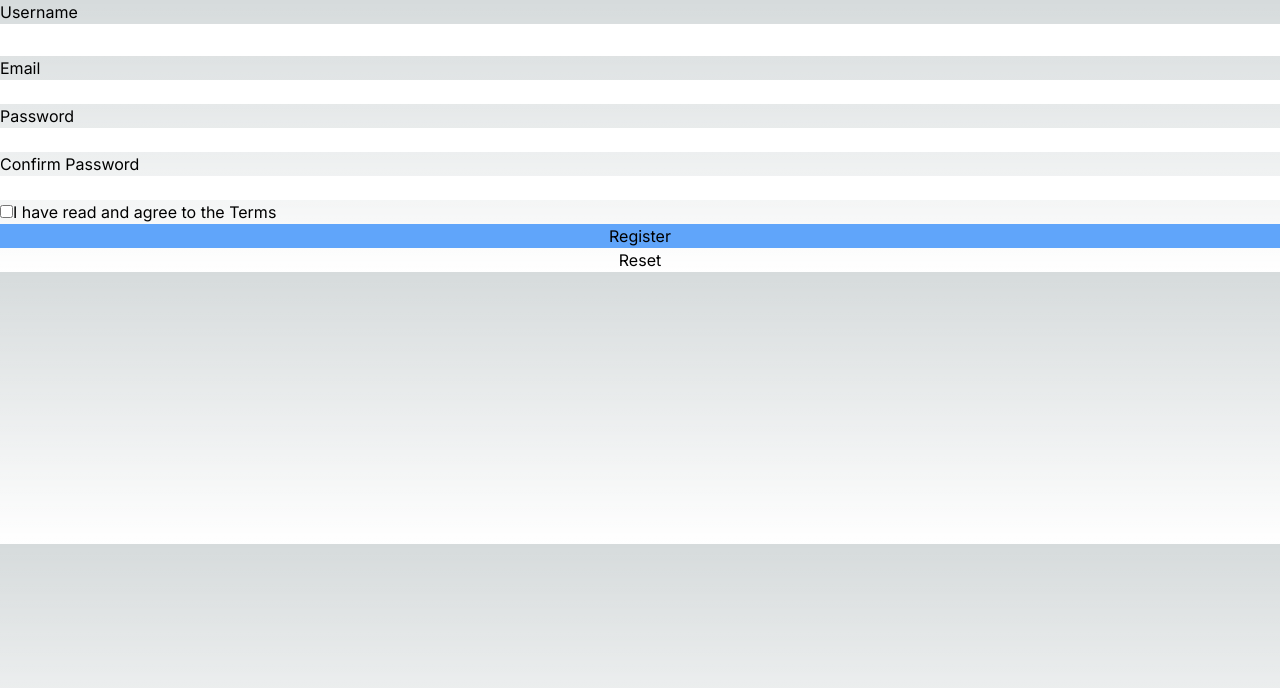
Repository: uh-sman/tiktok-card
Page: /
The author's editor kept a copy of each file at every save. The page is drawn from the files as they stood at one save, then again after the next save.
The browser window is 1280 px wide. The pictures show the whole page.
The project was rebuilt for these pictures with package versions that can differ from the ones it lists, and the page was loaded fresh each time. The framework's server and built-in components were replaced by stand-ins that run in the browser. Also part of the build but not shown: next.config.js.

Above is the page before, as saved 2023-12-19 13:46:10.

After the next save:
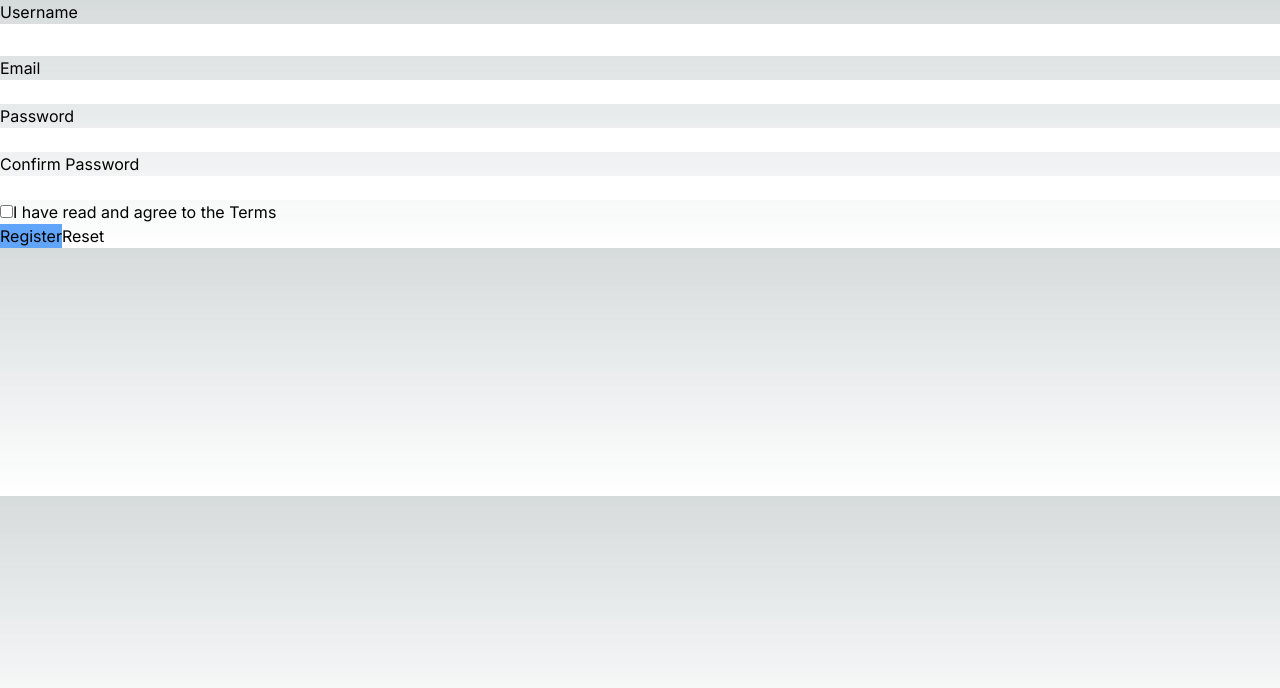
Saved 11 s later.
--- a/app/components/AuthForm.tsx
+++ b/app/components/AuthForm.tsx
@@ -82,7 +82,7 @@ const AuthForm: React.FC = () => {
                 </div>
           </div>
 
-          <div className="flex flex-col">
+          <div className="flex">
             <button type="submit" className="bg-blue-400">
               Register
             </button>
